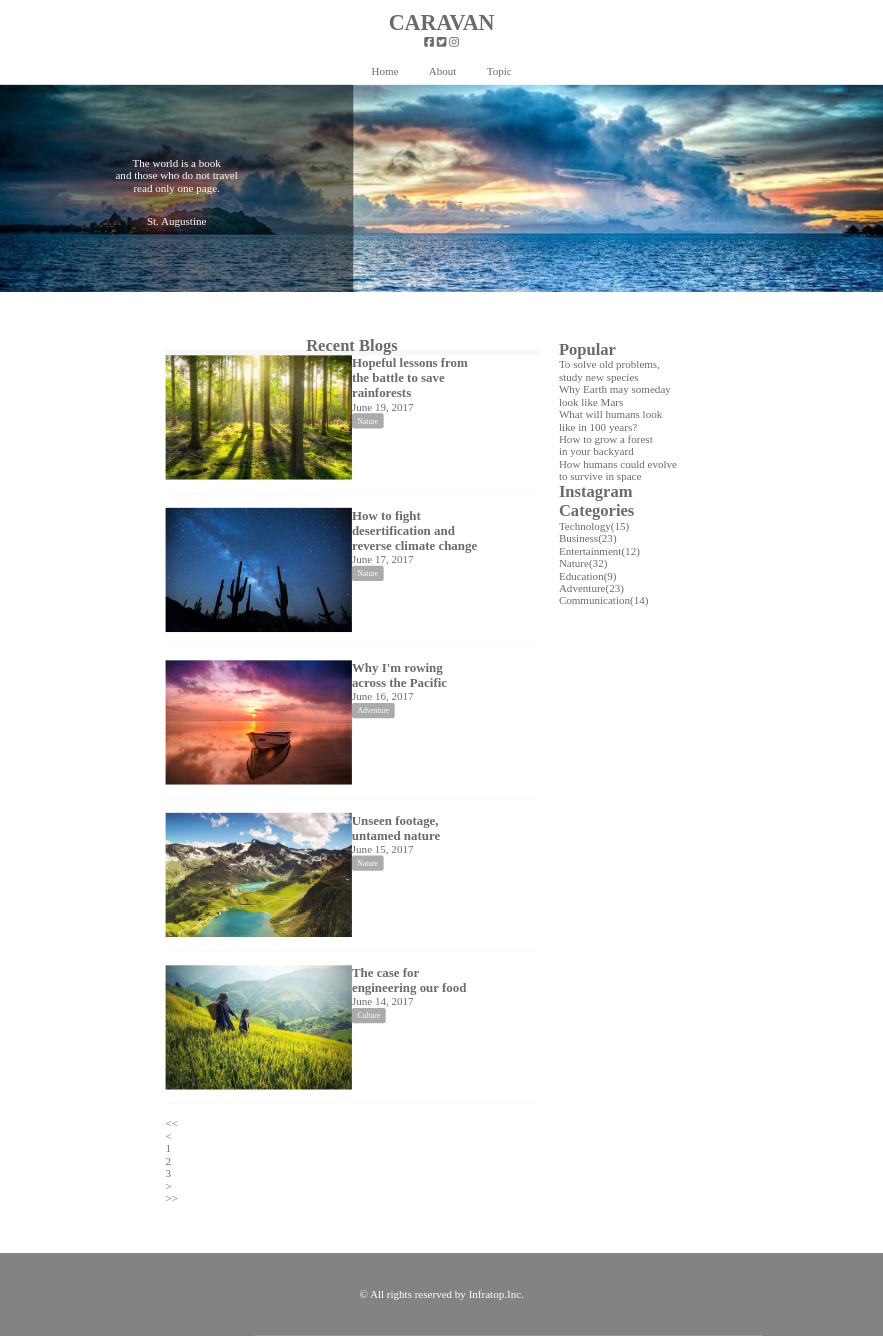
Repository: hayase-m/Webcamp
Page: caravan/index.html
The author's editor kept a record of every edit. The page is drawn from the files as they stood at one moment, then again after the next edit.
The browser window is 1280 px wide. The pictures show the whole page, at 69% of full size.
Some web libraries are served in a nearby version.

Above is the page before.

After the next edit:
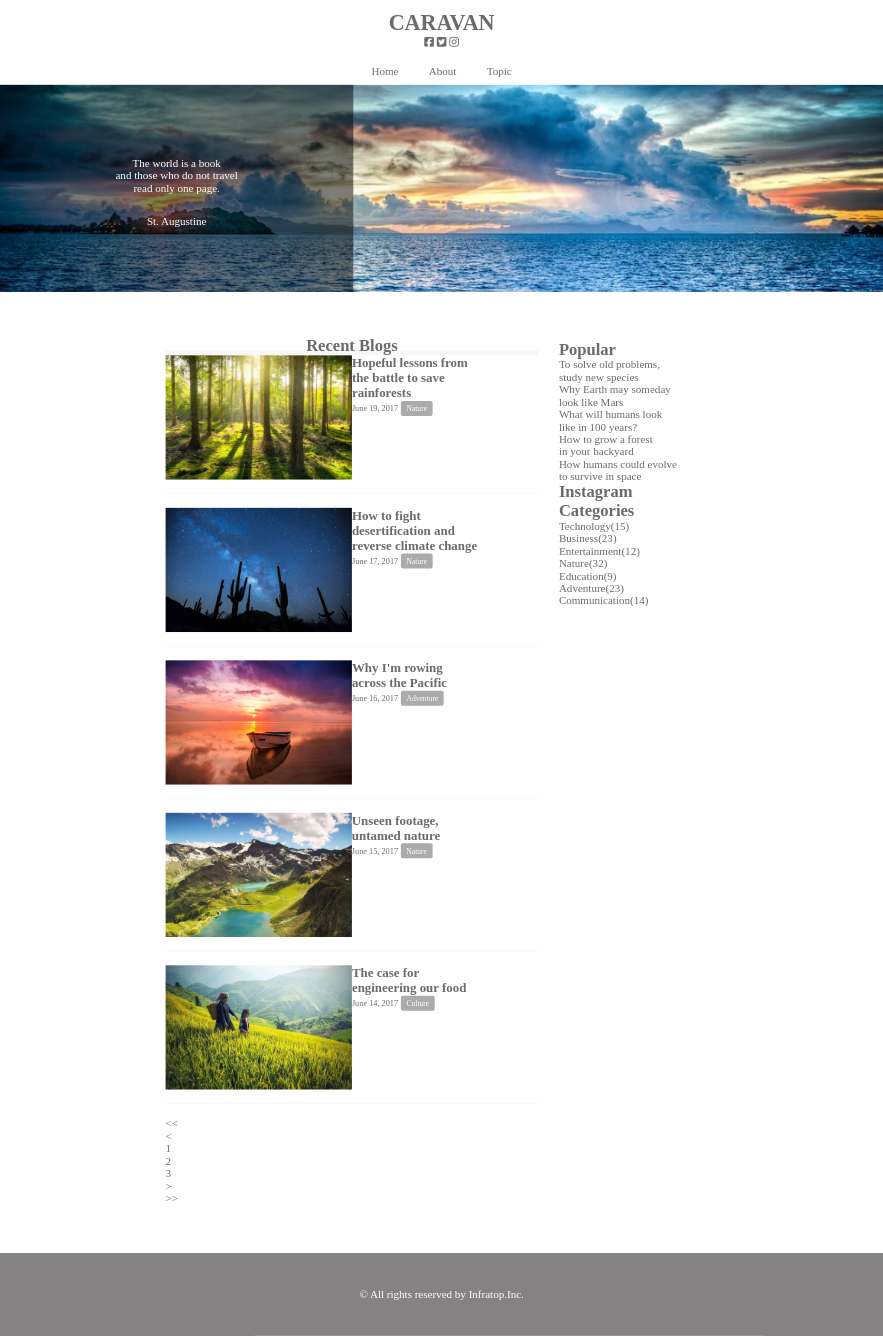
The edit:
--- a/caravan/style.css
+++ b/caravan/style.css
@@ -90,6 +90,11 @@
   height: 180px
 }
 
+.blog-date {
+  font-size: 12px;
+  display: inline-block;
+}
+
 .category {
   display: inline-block;
   padding: 5px 8px;
